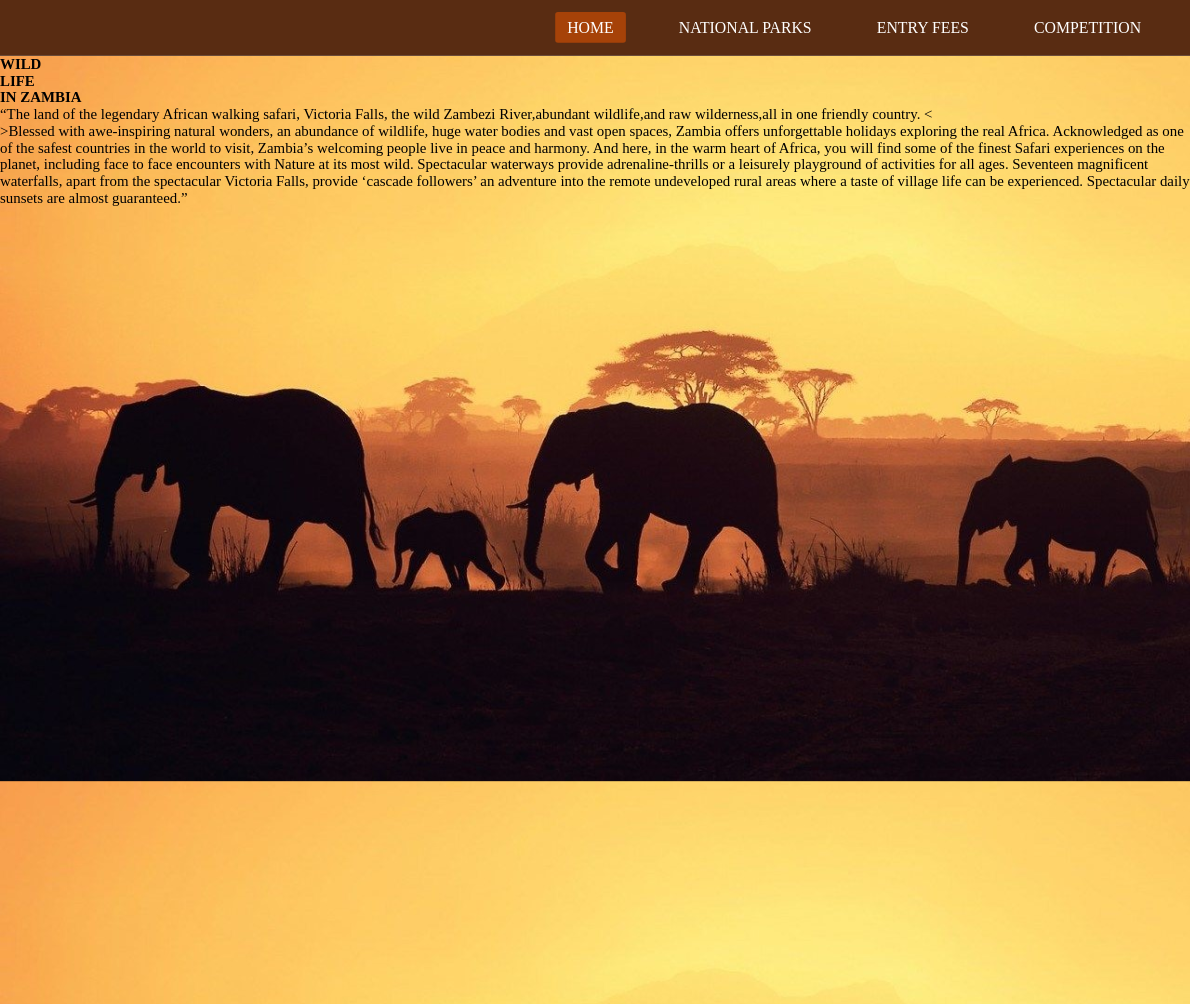
Repository: Lungdjos/web_assignment_3rd_yr
Page: home/index.html
These files come from the project's save history. The page is drawn as it stood at one moment and after a run of saves; the edit follows.
The browser window is 1280 px wide. The pictures show the whole page, at 93% of full size.
Some web libraries are served in a nearby version.

Above is the page before, as saved 2021-06-18 15:10:12.

### home/index.html
<!DOCTYPE html>
<html lang="en">

<head>
    <meta charset="UTF-8">
    <meta http-equiv="X-UA-Compatible" content="IE=edge">
    <meta name="viewport" content="width=device-width, initial-scale=1.0">
    <link rel="stylesheet" href="index.css">


    <title>Home</title>
    <script src="https://kit.fontawesome.com/a076d05399.js"></script>
</head>

<body>
    <nav>
        <input type="checkbox" id="check">
        <label for="check" class="checkbtn">
            <i class="fas fa-bars"></i>
        </label>
        <label class="logo">  </label>

        <ul>
            <li><a class="active" href="#">Home</a></li>
            <li><a class="dropdown" href="#">National Parks</a>
                <ul class="drop">
                    <li>
                        <a href="/national parks/lower_zambezi/Lower_Zambezi.html">Lower Zambezi</a>
                    </li>
                    <li>
                        <a href="/national parks/mosi-oa-tunia/Mosi-oa-Tunya.html">Mosi oa Tunia</a>
                    </li>
                    <li>
                        <a href="/national parks/south_luangwa/South_Luangwa.html">South Luangwa</a>
                    </li>
                    <li>
                        <a href="/national parks/north_luangwa/North_Luangwa.html">North Luangwa</a>
                    </li>
                </ul>
            </li>
            <li><a href="/entry fee/entry_fee.html">Entry Fees</a></li>
            <li><a href="/competition/competition.html">Competition</a></li>

        </ul>
    </nav>
    <div>
        <section>
            <div>
                <p class="welcome">
                    <strong id="01">WILD</strong><br>
                    <strong id="02">LIFE</strong><br>
                    <strong id="03">IN ZAMBIA</strong>
                </p>
            </div>
            <div>
                <p>
                    <q>The land of the legendary African walking safari, Victoria Falls, the wild Zambezi River,abundant wildlife,and raw wilderness,all in one friendly country. <<br>>Blessed with awe-inspiring natural wonders, an abundance of wildlife,
                    huge water bodies and vast open spaces, Zambia offers unforgettable holidays exploring the real Africa. Acknowledged as one of the safest countries in the world to visit, Zambia’s welcoming people live in peace and harmony. And here,
                    in the warm heart of Africa, you will find some of the finest Safari experiences on the planet, including face to face encounters with Nature at its most wild. Spectacular waterways provide adrenaline-thrills or a leisurely playground
                    of activities for all ages. Seventeen magnificent waterfalls, apart from the spectacular Victoria Falls, provide ‘cascade followers’ an adventure into the remote undeveloped rural areas where a taste of village life can be experienced.
                    Spectacular daily sunsets are almost guaranteed.</q></p>
            </div>

        </section>
    </div>


</body>

</html>

### home/index.css
    * {
        padding: 0;
        margin: 0;
        text-decoration: none;
        box-sizing: border-box;
    }

    body {
        font-family: montserrat;
    }

    nav {
        background: #592C12;
        height: 60px;
        width: 100%;
    }

    label.logo {
        color: white;
        font-size: 35;
        line-height: 60px;
        padding: 0 100px;
        font-weight: bold;
    }

    nav ul {
        float: right;
        margin-right: 20px;
    }

    nav ul li {
        display: inline-block;
        line-height: 60px;
        margin: 0 20px;
    }

    nav ul li a {
        color: white;
        font-size: 17px;
        padding: 7px 13px;
        border-radius: 3px;
        text-transform: uppercase;
    }

    a.active,
    a:hover {
        background: #A64208;
        transition: 0.5s;
    }

    .checkbtn {
        font-size: 30px;
        color: white;
        float: right;
        line-height: 60px;
        margin-right: 40px;
        cursor: pointer;
        display: none;
    }

    #check {
        display: none;
    }

    @media (max-width: 1080px) {
        label.logo {
            font-size: 30px;
            padding-left: 50px;
        }
        nav ul li a {
            font-size: 16px;
        }
    }

    @media (max-width: 1080px) {
        .checkbtn {
            display: block;
        }
        ul {
            position: fixed;
            width: 100%;
            height: 100vh;
            background: #592C12;
            top: 80px;
            left: -100%;
            text-align: center;
            transition: all 0.5s;
        }
        nav ul li {
            display: block;
            margin: 50px 0;
            line-height: 20px;
        }
        nav ul li a {
            font-size: 20px;
            font-family: Arial, Helvetica, sans-serif;
        }
        a:hover,
        a.active {
            background: none;
            color: #F2D1B3;
        }
        #check:checked~ul {
            left: 0;
        }
    }

    section {
        background: url(/assets/images/elephants.jpg);
        background-size: no repeat;
        height: calc(150vh - 60px);
    }
    /**New Content Added*/

    nav ul li ul a {
        display: block;
        padding: 0 15px;
        color: white;
        text-decoration: none;
    }

    nav ul li:hover>ul {
        display: block;
    }

    nav ul ul {
        position: absolute;
        top: 30px;
        list-style-type: none;
        line-height: 60px;
    }

    nav ul ul li {
        display: none;
    }

    nav ul ul a {
        width: 100%;
        float: none;
        display: list-item;
        position: relative;
    }

    nav ul ul li a {
        display: list-item;
        list-style-type: none;
        position: inherit;
    }
    /**Wild Life Formatting*/

    strong#01 {
        font-size: 100px;
        font-family: Arial, Helvetica, sans-serif;
    }

    strong#02 {
        margin-left: 100px;
    }

After the next 2 saves:
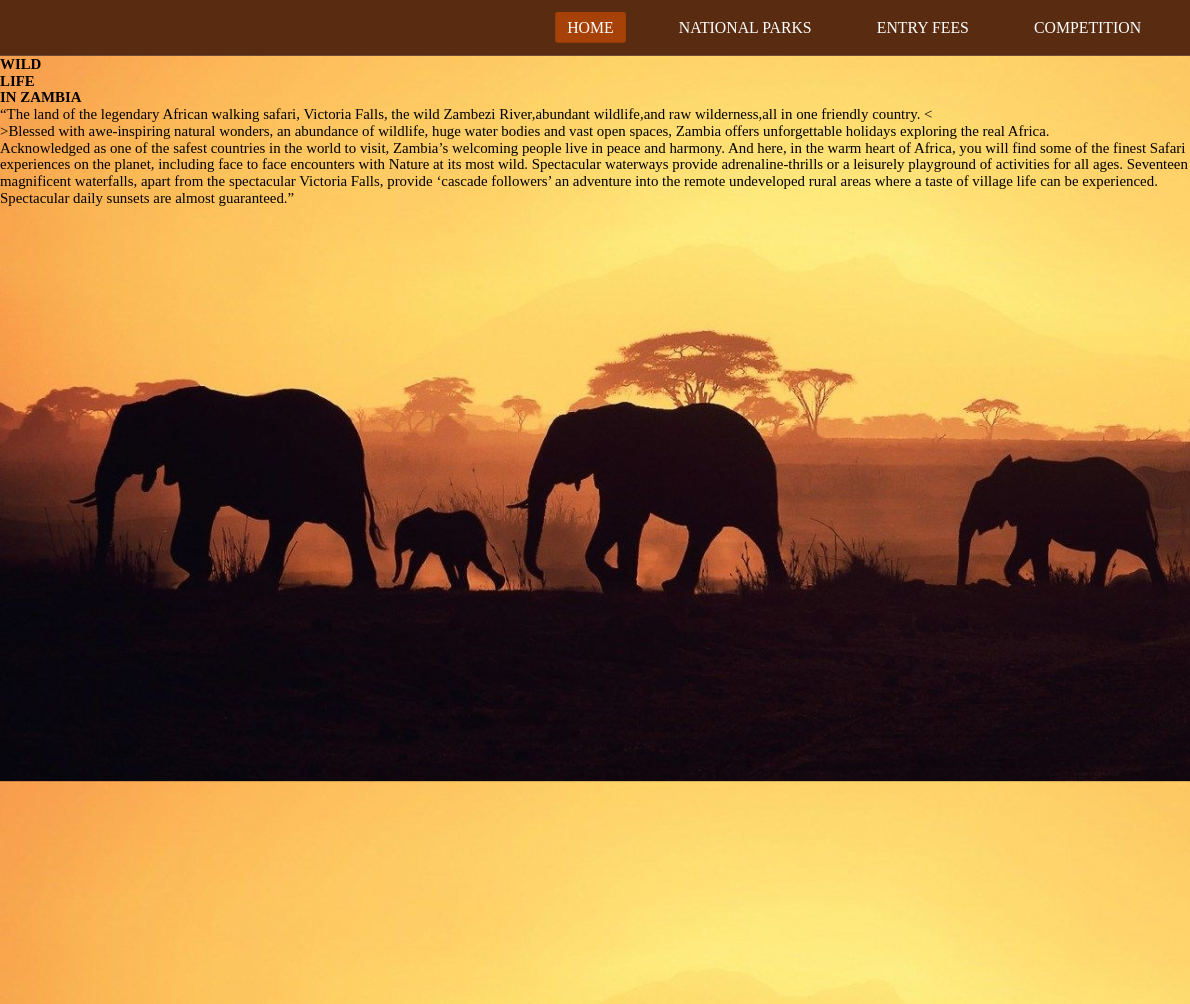
The 2 saves are shown as one change because they came seconds apart.
The last was saved 8 s later.
--- a/home/index.html
+++ b/home/index.html
@@ -55,7 +55,7 @@
             <div>
                 <p>
                     <q>The land of the legendary African walking safari, Victoria Falls, the wild Zambezi River,abundant wildlife,and raw wilderness,all in one friendly country. <<br>>Blessed with awe-inspiring natural wonders, an abundance of wildlife,
-                    huge water bodies and vast open spaces, Zambia offers unforgettable holidays exploring the real Africa. Acknowledged as one of the safest countries in the world to visit, Zambia’s welcoming people live in peace and harmony. And here,
+                    huge water bodies and vast open spaces, Zambia offers unforgettable holidays exploring the real Africa. <br>Acknowledged as one of the safest countries in the world to visit, Zambia’s welcoming people live in peace and harmony. And here,
                     in the warm heart of Africa, you will find some of the finest Safari experiences on the planet, including face to face encounters with Nature at its most wild. Spectacular waterways provide adrenaline-thrills or a leisurely playground
                     of activities for all ages. Seventeen magnificent waterfalls, apart from the spectacular Victoria Falls, provide ‘cascade followers’ an adventure into the remote undeveloped rural areas where a taste of village life can be experienced.
                     Spectacular daily sunsets are almost guaranteed.</q></p>
